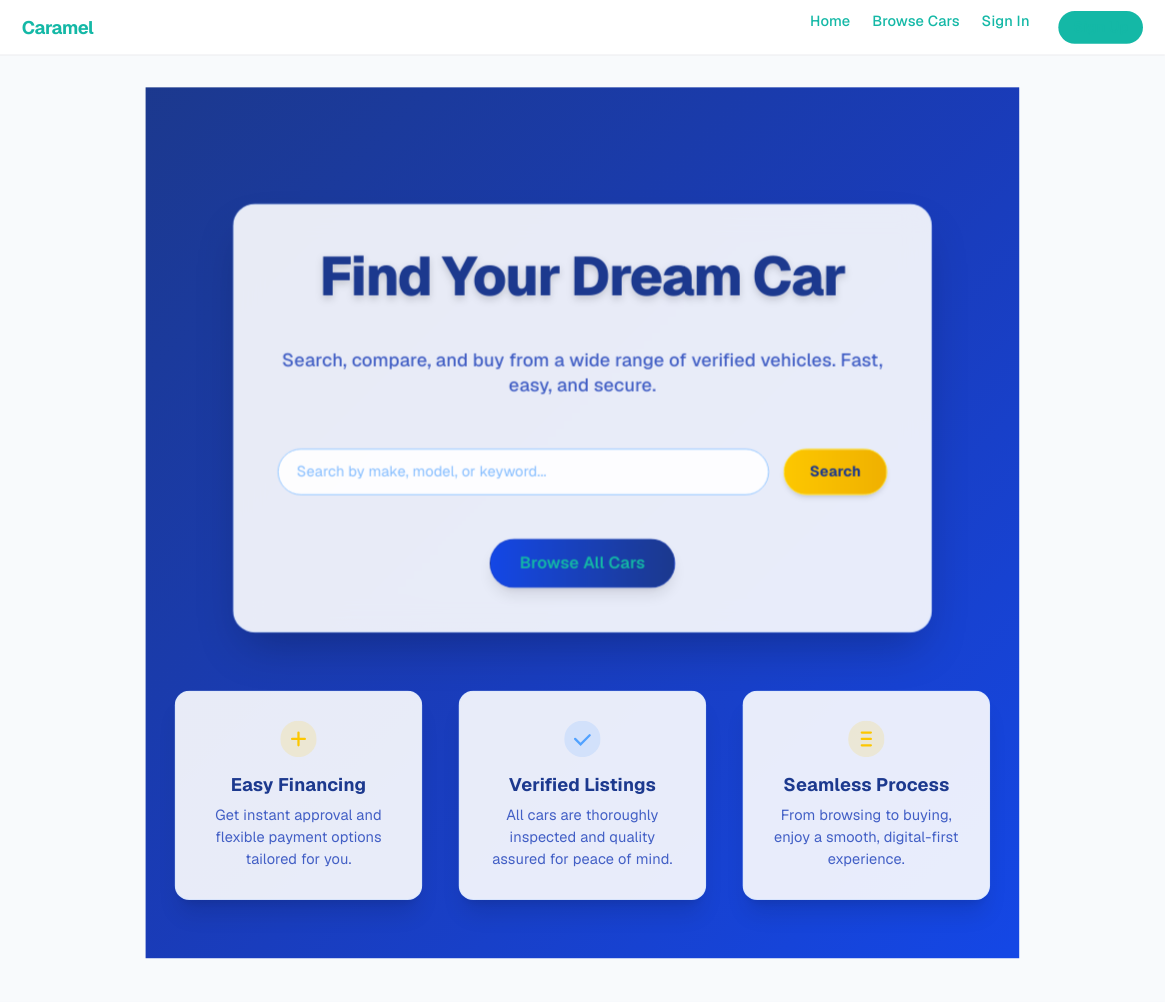
Repository: virat07/sellyourcar
Page: /
An editor plug-in stored every save of this project. The page is shown before and after the next save, followed by the edit.
The browser window is 1280 px wide. The pictures show the whole page, at 91% of full size.
The project was rebuilt for these pictures with package versions that can differ from the ones it lists, and the page was loaded fresh each time. The framework's server and built-in components were replaced by stand-ins that run in the browser. Also part of the build but not shown: next.config.ts.

Above is the page before, as saved 2025-07-18 15:13:34.

### src/app/layout.tsx
import type { Metadata } from "next";
import { Geist, Geist_Mono } from "next/font/google";
import "./globals.css";
import NavBar from "../components/NavBar";

const geistSans = Geist({
  variable: "--font-geist-sans",
  subsets: ["latin"],
});

const geistMono = Geist_Mono({
  variable: "--font-geist-mono",
  subsets: ["latin"],
});

export const metadata: Metadata = {
  title: "Create Next App",
  description: "Generated by create next app",
};

export default function RootLayout({
  children,
}: Readonly<{
  children: React.ReactNode;
}>) {
  return (
    <html lang="en">
      <body className={`${geistSans.variable} ${geistMono.variable} antialiased bg-[var(--background)] text-[var(--foreground)]`}>
        <NavBar />
        <div className="max-w-5xl mx-auto px-4 sm:px-8 pt-24 pb-12">
          {children}
        </div>
      </body>
    </html>
  );
}

### src/app/page.tsx
import Link from "next/link";

export default function Home() {
  return (
    <main className="relative flex flex-col items-center justify-center min-h-[90vh] pt-32 pb-16 px-4 overflow-hidden bg-gradient-to-br from-blue-900 via-blue-800 to-blue-700">
      {/* Layered background shapes */}
      <div className="absolute inset-0 -z-10">
        <div className="absolute top-0 left-1/2 -translate-x-1/2 w-[120vw] h-[60vh] bg-gradient-to-r from-yellow-400/20 via-blue-400/10 to-blue-900/30 rounded-full blur-3xl" />
        <div className="absolute bottom-0 right-0 w-1/2 h-1/3 bg-gradient-to-tr from-yellow-300/10 to-blue-400/10 rounded-full blur-2xl" />
      </div>
      {/* Hero Section */}
      <section className="relative z-10 max-w-3xl w-full mx-auto bg-white/90 dark:bg-blue-950/80 backdrop-blur-lg rounded-3xl shadow-2xl border border-blue-200/40 p-12 flex flex-col items-center gap-8">
        <h1 className="text-5xl sm:text-6xl font-extrabold tracking-tight mb-4 text-blue-900 dark:text-white drop-shadow-lg text-center">
          Find Your Dream Car
        </h1>
        <p className="text-lg sm:text-xl text-blue-800/80 dark:text-blue-100/80 font-medium mb-6 text-center">
          Search, compare, and buy from a wide range of verified vehicles. Fast, easy, and secure.
        </p>
        {/* Search Bar */}
        <form className="w-full flex flex-col sm:flex-row items-center gap-4 mb-4">
          <input
            type="text"
            placeholder="Search by make, model, or keyword..."
            className="flex-1 px-5 py-3 rounded-full border border-blue-300 focus:border-yellow-400 focus:ring-2 focus:ring-yellow-300 outline-none text-lg bg-white/90 dark:bg-blue-900/80 text-blue-900 dark:text-white placeholder:text-blue-400/70"
            aria-label="Search cars"
          />
          <button
            type="submit"
            className="px-7 py-3 bg-gradient-to-r from-yellow-400 to-yellow-500 text-blue-900 font-bold rounded-full shadow-md hover:from-yellow-500 hover:to-yellow-400 transition-all text-lg border border-yellow-300"
          >
            Search
          </button>
        </form>
        <Link
          href="/cars"
          className="inline-block px-8 py-3 bg-gradient-to-r from-blue-700 to-blue-900 text-white text-lg font-semibold rounded-full shadow-lg hover:from-blue-900 hover:to-blue-700 transition-all border border-blue-800/40"
        >
          Browse All Cars
        </Link>
      </section>
      {/* Feature Highlights */}
      <section className="relative z-10 w-full max-w-5xl mx-auto grid grid-cols-1 sm:grid-cols-3 gap-10 mt-16 px-4">
        <div className="bg-white/90 dark:bg-blue-950/80 border border-blue-200/40 rounded-2xl p-8 shadow-xl flex flex-col items-center">
          <svg width="40" height="40" fill="none" className="mb-4 text-yellow-400"><circle cx="20" cy="20" r="20" fill="currentColor" fillOpacity="0.15"/><path d="M13 20h14M20 13v14" stroke="currentColor" strokeWidth="2.5" strokeLinecap="round"/></svg>
          <h3 className="font-bold text-xl mb-2 text-blue-900 dark:text-white">Easy Financing</h3>
          <p className="text-base text-blue-800/80 dark:text-blue-100/80 text-center">Get instant approval and flexible payment options tailored for you.</p>
        </div>
        <div className="bg-white/90 dark:bg-blue-950/80 border border-blue-200/40 rounded-2xl p-8 shadow-xl flex flex-col items-center">
          <svg width="40" height="40" fill="none" className="mb-4 text-blue-400"><circle cx="20" cy="20" r="20" fill="currentColor" fillOpacity="0.15"/><path d="M12 20l6 6 10-10" stroke="currentColor" strokeWidth="2.5" strokeLinecap="round"/></svg>
          <h3 className="font-bold text-xl mb-2 text-blue-900 dark:text-white">Verified Listings</h3>
          <p className="text-base text-blue-800/80 dark:text-blue-100/80 text-center">All cars are thoroughly inspected and quality assured for peace of mind.</p>
        </div>
        <div className="bg-white/90 dark:bg-blue-950/80 border border-blue-200/40 rounded-2xl p-8 shadow-xl flex flex-col items-center">
          <svg width="40" height="40" fill="none" className="mb-4 text-yellow-400"><circle cx="20" cy="20" r="20" fill="currentColor" fillOpacity="0.15"/><path d="M15 27h10M15 20h10M15 13h10" stroke="currentColor" strokeWidth="2.5" strokeLinecap="round"/></svg>
          <h3 className="font-bold text-xl mb-2 text-blue-900 dark:text-white">Seamless Process</h3>
          <p className="text-base text-blue-800/80 dark:text-blue-100/80 text-center">From browsing to buying, enjoy a smooth, digital-first experience.</p>
        </div>
      </section>
    </main>
  );
}

### src/app/globals.css
@import "tailwindcss";

:root {
  --background: #f8fafc;
  --foreground: #18181b;
  --accent: #14b8a6;
  --border: #e5e7eb;
}

@media (prefers-color-scheme: dark) {
  :root {
    --background: #18181b;
    --foreground: #f1f5f9;
    --accent: #2dd4bf;
    --border: #334155;
  }
}

body {
  background: var(--background);
  color: var(--foreground);
  font-family: var(--font-geist-sans, Arial, Helvetica, sans-serif);
  font-weight: 400;
  letter-spacing: 0.01em;
  line-height: 1.6;
  margin: 0;
  padding: 0;
}

* {
  box-sizing: border-box;
}

a {
  color: var(--accent);
  text-decoration: none;
  transition: color 0.2s;
}
a:hover {
  text-decoration: underline;
  color: #0d9488;
}

input, button, textarea, select {
  font-family: inherit;
  font-size: 1rem;
}

### src/components/NavBar.tsx
import Link from "next/link";

export default function NavBar() {
  return (
    <nav className="w-full bg-white border-b border-[var(--border)] py-3 px-6 flex items-center justify-between fixed top-0 left-0 z-50 shadow-none">
      <div className="text-xl font-bold tracking-tight text-[var(--accent)]">
        <Link href="/">Caramel</Link>
      </div>
      <div className="flex gap-6 text-base font-medium">
        <Link href="/" className="hover:text-[var(--accent)] transition-colors">Home</Link>
        <Link href="/cars" className="hover:text-[var(--accent)] transition-colors">Browse Cars</Link>
        <Link href="/auth/signin" className="hover:text-[var(--accent)] transition-colors">Sign In</Link>
        <Link href="/auth/signup" className="ml-2 px-4 py-1.5 bg-[var(--accent)] text-white rounded-full hover:bg-blue-700 transition-colors font-semibold">Sign Up</Link>
      </div>
    </nav>
  );
}

After the next save:
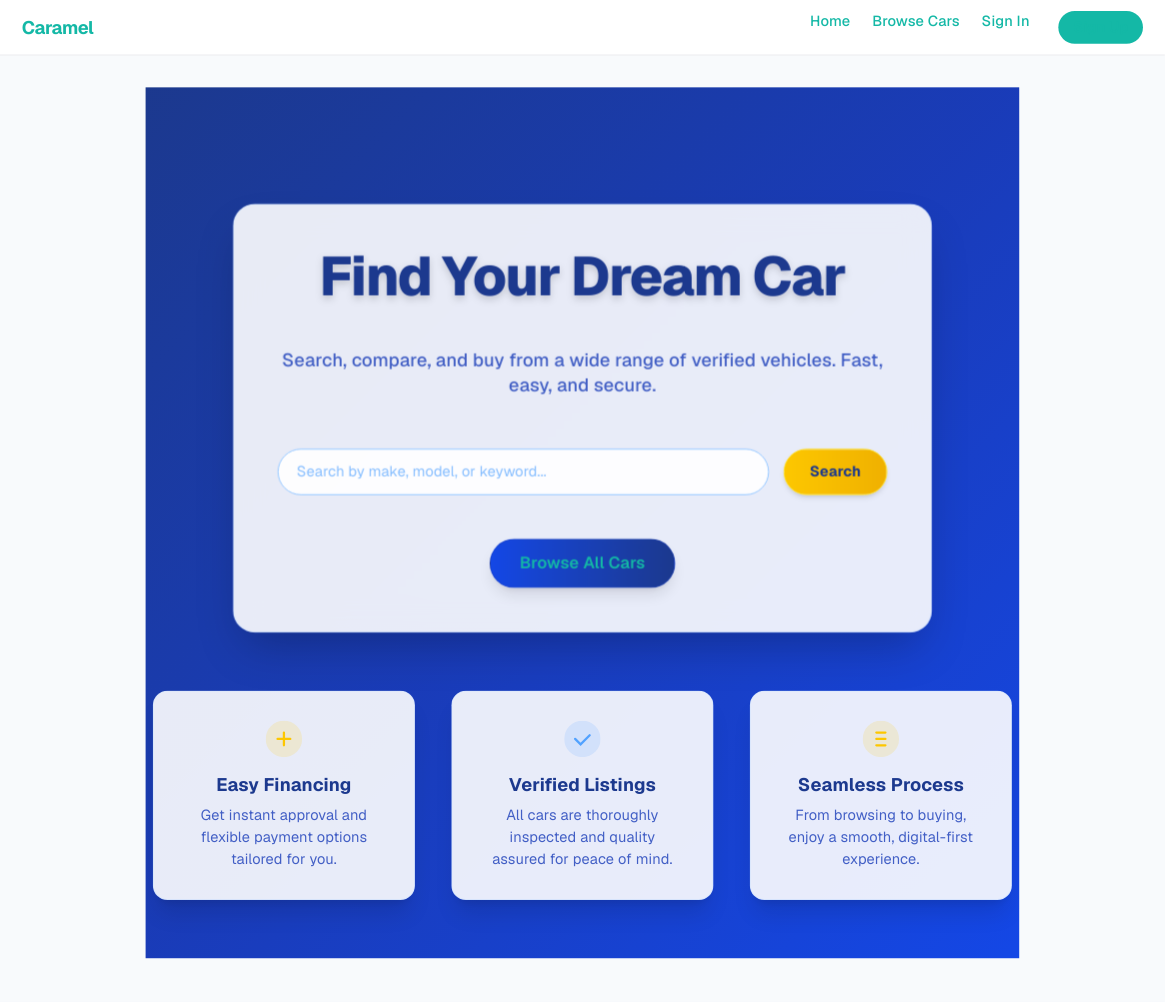
Saved 102 s later.
--- a/src/app/page.tsx
+++ b/src/app/page.tsx
@@ -2,7 +2,7 @@ import Link from "next/link";
 
 export default function Home() {
   return (
-    <main className="relative flex flex-col items-center justify-center min-h-[90vh] pt-32 pb-16 px-4 overflow-hidden bg-gradient-to-br from-blue-900 via-blue-800 to-blue-700">
+    <main className="relative flex flex-col items-center justify-center min-h-[90vh] pt-32 pb-16 px-1 overflow-hidden bg-gradient-to-br from-blue-900 via-blue-800 to-blue-700">
       {/* Layered background shapes */}
       <div className="absolute inset-0 -z-10">
         <div className="absolute top-0 left-1/2 -translate-x-1/2 w-[120vw] h-[60vh] bg-gradient-to-r from-yellow-400/20 via-blue-400/10 to-blue-900/30 rounded-full blur-3xl" />
@@ -39,7 +39,7 @@ export default function Home() {
         </Link>
       </section>
       {/* Feature Highlights */}
-      <section className="relative z-10 w-full max-w-5xl mx-auto grid grid-cols-1 sm:grid-cols-3 gap-10 mt-16 px-4">
+      <section className="relative z-10 w-full max-w-5xl mx-auto grid grid-cols-1 sm:grid-cols-3 gap-10 mt-16 px-1">
         <div className="bg-white/90 dark:bg-blue-950/80 border border-blue-200/40 rounded-2xl p-8 shadow-xl flex flex-col items-center">
           <svg width="40" height="40" fill="none" className="mb-4 text-yellow-400"><circle cx="20" cy="20" r="20" fill="currentColor" fillOpacity="0.15"/><path d="M13 20h14M20 13v14" stroke="currentColor" strokeWidth="2.5" strokeLinecap="round"/></svg>
           <h3 className="font-bold text-xl mb-2 text-blue-900 dark:text-white">Easy Financing</h3>
